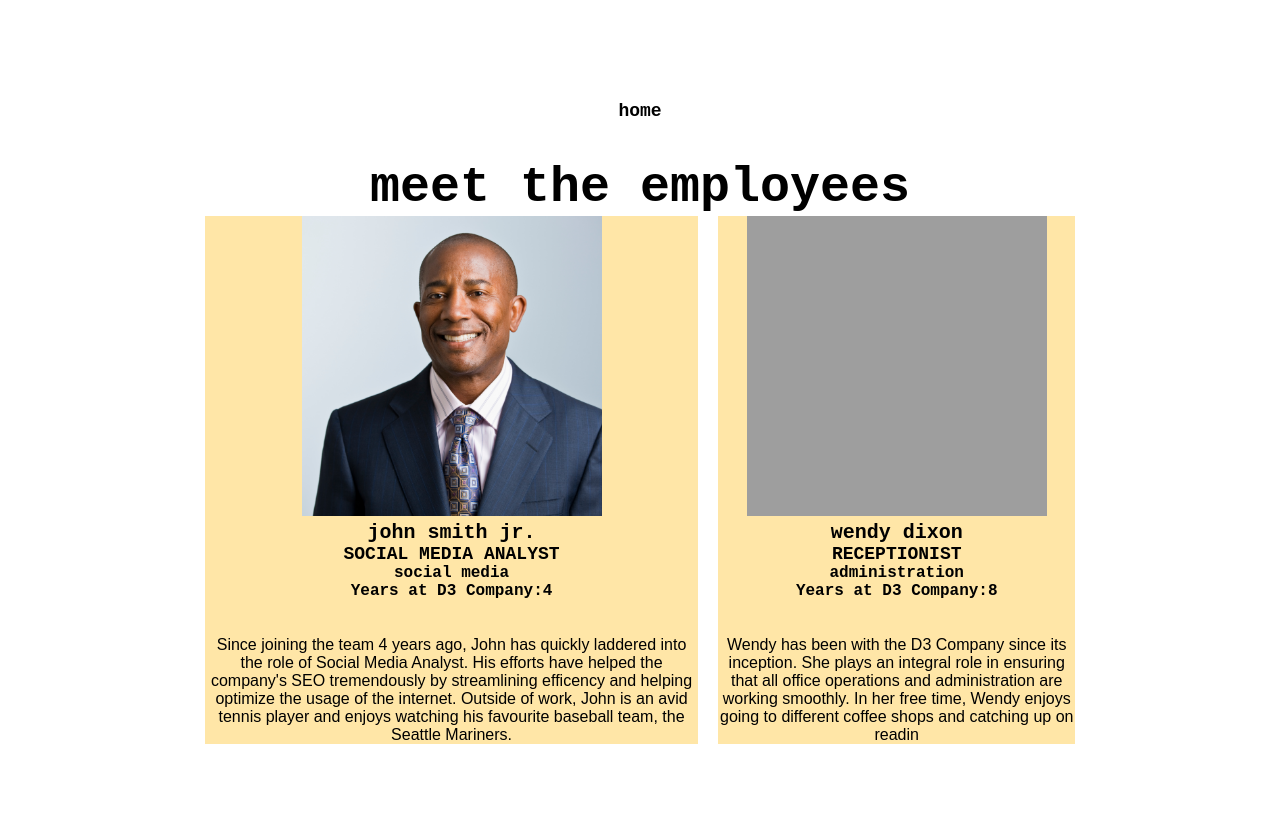
Repository: cheungglenda/MDIA2109-Week3
Page: /about
The author's editor kept a copy of each file at every save. The page is drawn from the files as they stood at one save, then again after the next save.
The browser window is 1280 px wide. The pictures show the whole page.
Pictures or frames that could not be fetched are drawn as grey boxes. The project was rebuilt for these pictures with package versions that can differ from the ones it lists, and the page was loaded fresh each time. The framework's server and built-in components were replaced by stand-ins that run in the browser. Also part of the build but not shown: next.config.js.

Above is the page before, as saved 2023-01-20 12:37:34.

### pages/about.js
import Head from 'next/head'
import { Inter } from '@next/font/google'
import styles from '@/styles/Home.module.css'
import aboutData from '../data/about.json'
import { useState } from 'react'
import EmployeeCard  from '../components/EmployeeCard'
import Link from 'next/link'

export default function About() {

    const [aboutEmployees, setAboutEmployees] = useState([...aboutData])
    console.log(aboutData)
    return (
   <>
      <Head>
        <title>About Page</title>
        <meta name="description" content="Meet the Employees" />
        <meta name="viewport" content="width=device-width, initial-scale=1" />
        <link rel="icon" href="/favicon.ico" />
      </Head>
      <main className={styles.main}>
      <Link href="/" className={styles.links}>Home</Link>

      <div className={styles.meetTitle}>Meet the Employees</div>

        <div className={styles.grid}>
          <div className={styles.employees}>
          {aboutEmployees && aboutEmployees.map((info, index) => {
            if(info.firstName.toLowerCase() === "chrysanthemum") {
            return (
              <EmployeeCard
              key={index}
              firstname={info.firstName}
              lastname={info.lastName}
              jobtitle={info.jobTitle}
              department={info.department}
              yearsworked={info.yearsWorked}
              description={info.description}
              color="#FFE6A7" font="16px"/>
            )
          }
          })}

          {aboutEmployees && aboutEmployees.map((info, index) => {
            if(info.firstName.toLowerCase() === "john") {
            return (
              <EmployeeCard
              key={index}
              firstname={info.firstName}
              lastname={info.lastName}
              jobtitle={info.jobTitle}
              department={info.department}
              yearsworked={info.yearsWorked}
              description={info.description}
              color="#FFE6A7" font="16px"/>
            )
          }
          })}

          {aboutEmployees && aboutEmployees.map((info, index) => {
            if(info.firstName.toLowerCase() === "wendy") {
            return (
              <EmployeeCard
              key={index}
              firstname={info.firstName}
              lastname={info.lastName}
              jobtitle={info.jobTitle}
              department={info.department}
              yearsworked={info.yearsWorked}
              description={info.description}
              color="#FFE6A7" font="16px"/>
            )
          }
          })}
          </div>
        </div>
      </main>
    </>
  )
}

### styles/Home.module.css
.main {
  display: flex;
  flex-direction: column;
  justify-content: space-between;
  align-items: center;
  padding: 6rem;
  font-family:arial;
  min-height: 100vh;
  background-color: rgb(255, 255, 255);
}

.links {
  display: flex;
  padding-top:5px;
  margin-bottom:3%;
  justify-content: center;
  align-items: center;
  font-size: 18px;
  max-width: var(--max-width);
  width: 100%;
  font-weight:900;
  font-family: 'Courier New', Courier, monospace;
  text-transform:lowercase;
  padding-bottom:5px;
}

.description {
  display: inherit;
  justify-content: inherit;
  align-items: inherit;
  font-size: 15px;
  max-width: var(--max-width);
  width: 100%;
  font-family: var(--font-mono);
}

.description a {
  display: flex;
  justify-content: center;
  align-items: center;
  gap: 0.5rem;
}

.description p {
  position: relative;
  margin: 0;
  padding: 1rem;
  background-color: rgba(var(--callout-rgb), 0.5);
  border: 1px solid rgba(var(--callout-border-rgb), 0.3);
  border-radius: var(--border-radius);
}

.code {
  font-weight: 700;
  font-family: var(--font-mono);
}

.meetTitle {
  font-size: 50px;
  font-weight:700;
  text-transform:lowercase;
  font-family:'Courier New', Courier, monospace;
  text-align:center;
}

.grid {
  display: flex;
  justify-content:center;
  width: var(--max-width);
  max-width: 100%;
  align-items:center;
  flex: 1;
}

.card {
  padding: 1rem 1.2rem;
  border-radius: var(--border-radius);
  background: rgba(var(--card-rgb), 0);
  border: 1px solid rgba(var(--card-border-rgb), 0);
  transition: background 200ms, border 200ms;
}

.card span {
  display: inline-block;
  transition: transform 200ms;
}

.info {
  font-family:Arial, Helvetica, sans-serif;
}

.card h2 {
  font-weight: 600;
  margin-bottom: 0.7rem;
}

.card p {
  margin: 0;
  opacity: 0.6;
  font-size: 0.9rem;
  line-height: 1.5;
  max-width: 30ch;
}


.employees {
  display:flex;
  gap:20px;
  width: 80%;
  text-align:center;
  font-family:'Courier New', Courier, monospace;
}

.center {
  display: flex;
  justify-content: center;
  align-items: center;
  position: relative;
  padding: 4rem 0;
}

.center::before {
  background: var(--secondary-glow);
  border-radius: 50%;
  width: 480px;
  height: 360px;
  margin-left: -400px;
}

.center::after {
  background: var(--primary-glow);
  width: 240px;
  height: 180px;
  z-index: -1;
}

.center::before,
.center::after {
  content: '';
  left: 50%;
  position: absolute;
  filter: blur(45px);
  transform: translateZ(0);
}

.logo,
.thirteen {
  position: relative;
}

.thirteen {
  display: flex;
  justify-content: center;
  align-items: center;
  width: 75px;
  height: 75px;
  padding: 25px 10px;
  margin-left: 16px;
  transform: translateZ(0);
  border-radius: var(--border-radius);
  overflow: hidden;
  box-shadow: 0px 2px 8px -1px #0000001a;
}

.thirteen::before,
.thirteen::after {
  content: '';
  position: absolute;
  z-index: -1;
}

/* Conic Gradient Animation */
.thirteen::before {
  animation: 6s rotate linear infinite;
  width: 200%;
  height: 200%;
  background: var(--tile-border);
}

/* Inner Square */
.thirteen::after {
  inset: 0;
  padding: 1px;
  border-radius: var(--border-radius);
  background: linear-gradient(
    to bottom right,
    rgba(var(--tile-start-rgb), 1),
    rgba(var(--tile-end-rgb), 1)
  );
  background-clip: content-box;
}

/* Enable hover only on non-touch devices */
@media (hover: hover) and (pointer: fine) {
  .card:hover {
    background: rgba(var(--card-rgb), 0.1);
    border: 1px solid rgba(var(--card-border-rgb), 0.15);
  }

  .card:hover span {
    transform: translateX(4px);
  }
}

@media (prefers-reduced-motion) {
  .thirteen::before {
    animation: none;
  }

  .card:hover span {
    transform: none;
  }
}

/* Mobile */
@media (max-width: 700px) {
  .content {
    padding: 4rem;
  }

  .grid {
    grid-template-columns: 1fr;
    margin-bottom: 120px;
    max-width: 320px;
    text-align: center;
  }

  .card {
    padding: 1rem 2.5rem;
  }

  .card h2 {
    margin-bottom: 0.5rem;
  }

  .center {
    padding: 8rem 0 6rem;
  }

  .center::before {
    transform: none;
    height: 300px;
  }

  .description {
    font-size: 0.8rem;
  }

  .description a {
    padding: 1rem;
  }

  .description p,
  .description div {
    display: flex;
    justify-content: center;
    position: fixed;
    width: 100%;
  }

  .description p {
    align-items: center;
    inset: 0 0 auto;
    padding: 2rem 1rem 1.4rem;
    border-radius: 0;
    border: none;
    border-bottom: 1px solid rgba(var(--callout-border-rgb), 0.25);
    background: linear-gradient(
      to bottom,
      rgba(var(--background-start-rgb), 1),
      rgba(var(--callout-rgb), 0.5)
    );
    background-clip: padding-box;
    backdrop-filter: blur(24px);
  }

  .description div {
    align-items: flex-end;
    pointer-events: none;
    inset: auto 0 0;
    padding: 2rem;
    height: 200px;
    background: linear-gradient(
      to bottom,
      transparent 0%,
      rgb(var(--background-end-rgb)) 40%
    );
    z-index: 1;
  }
}

/* Tablet and Smaller Desktop */
@media (min-width: 701px) and (max-width: 1120px) {
  .grid {
    grid-template-columns: repeat(2, 50%);
  }
}

@media (prefers-color-scheme: dark) {
  .vercelLogo {
    filter: invert(1);
  }

  .logo,
  .thirteen img {
    filter: invert(1) drop-shadow(0 0 0.3rem #ffffff70);
  }
}

@keyframes rotate {
  from {
    transform: rotate(360deg);
  }
  to {
    transform: rotate(0deg);
  }
}

### data/about.json
[
    {
        "firstName": "Jane",
        "lastName": "Henderson-Rodriguez",
        "department": "Social Media",
        "jobTitle": "Social Media Coordinator",
        "yearsWorked": 3,
        "description": "Jane has been working as a Social Media Coordinator at D3 Company for 3 years now. She quickly became an integral part of the team. In her free time, Jane enjoys trying out new brunch spots and going for walks with her dog, Pug."
    },
    {
        "firstName": "John",
        "lastName": "Smith jr.",
        "department": "Social Media",
        "jobTitle": "Social Media Analyst",
        "yearsWorked": 4,
        "description": "Since joining the team 4 years ago, John has quickly laddered into the role of Social Media Analyst. His efforts have helped the company's SEO tremendously by streamlining efficency and helping optimize the usage of the internet. Outside of work, John is an avid tennis player and enjoys watching his favourite baseball team, the Seattle Mariners."

    },
    {
        "firstName": "Wendy",
        "lastName": "Dixon",
        "department": "Administration",
        "jobTitle": "Receptionist",
        "yearsWorked": 8,
        "description": "Wendy has been with the D3 Company since its inception. She plays an integral role in ensuring that all office operations and administration are working smoothly. In her free time, Wendy enjoys going to different coffee shops and catching up on readin"

    }
]

### components/EmployeeCard/index.js
export default function EmployeeCard({
    firstname = "none",
    lastname = "none",
    department = "none",
    jobtitle = "none",
    yearsworked = 0,
    description = "none",
    color = "pink",
    font = "O",
    image = "icon/personTwo.png"
}) {
    return (
        <div style={{backgroundColor: color, fontSize: 16}}>
            {
                firstname === "Jane" ? <img style={{objectFit: "cover"}} src={'headshots/photo3.jpeg'} width="300" height="300"/> :
                firstname === "John" ? <img style={{objectFit: "cover"}} src={'headshots/photo1.jpeg'} width="300" height="300"/> :
                firstname === "Wendy" ? <img style={{objectFit: "cover"}} src={'headshots/photo2.jpeg'} width="300" height="300"/> :
                <img src={image} width="300"/>
            }

            <h1 style={{textTransform: "lowercase", fontSize: 20}}>{firstname} {lastname}</h1>
            <h1 style={{textTransform: "lowercase", fontSize: 20}}></h1>
            <h2 style={{fontFamily:"'Courier New', Courier, monospace", textTransform: "uppercase", fontSize: 18}}>{jobtitle}</h2>
            <h3 style={{fontFamily:"'Courier New', Courier, monospace", textTransform: "lowercase", fontSize: 16, fontweight:500}}>{department}</h3>
            <h4 style={{}}>Years at D3 Company:{yearsworked}</h4><br></br><br></br>
            <p style={{fontFamily: "Arial, Helvetica, sans-serif"}}>{description}</p>
        </div>
    )
}

Loaded but not shown: pages/_app.js (common file); pages/_document.js (common file); pages/api/hello.js (common file); styles/globals.css (common file)

After the next save:
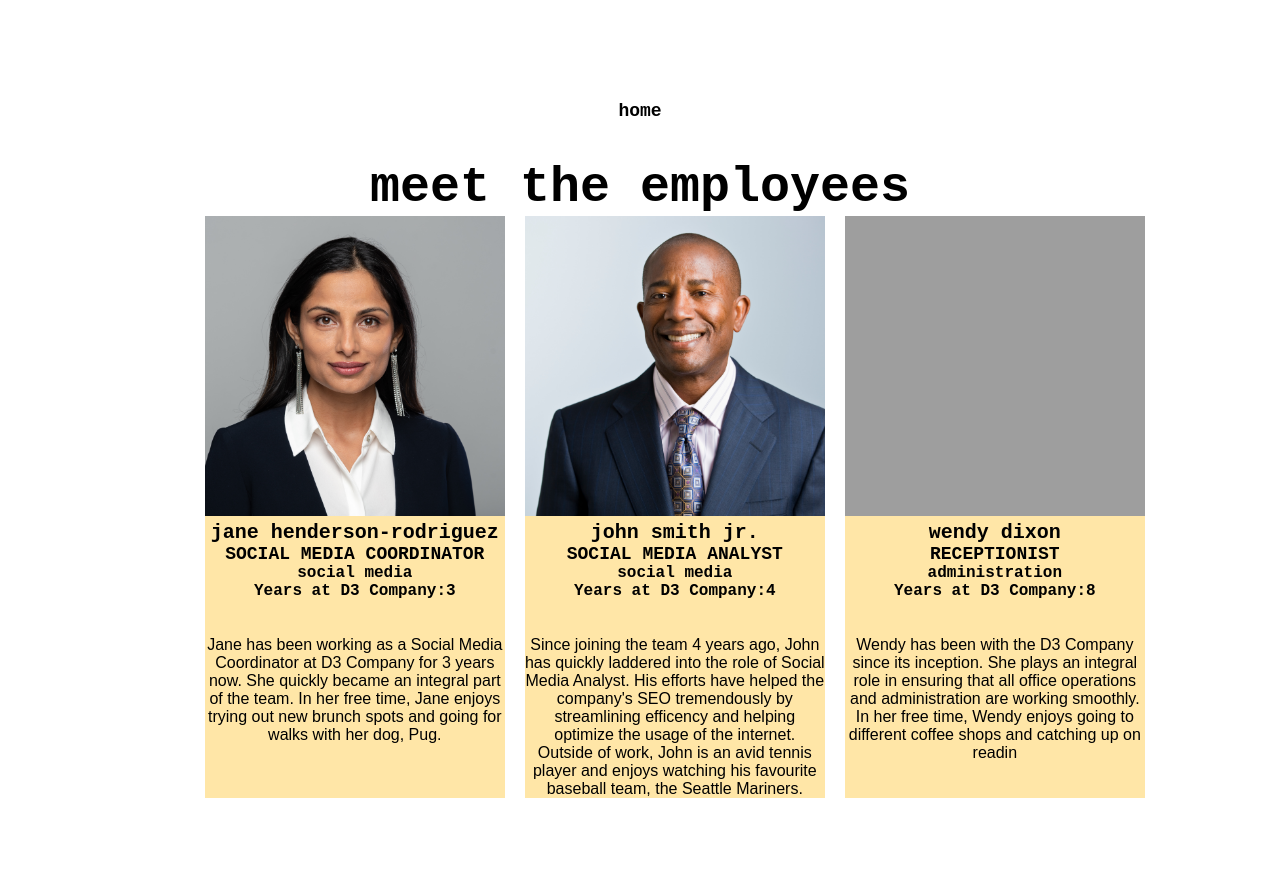
Saved 7 s later.
--- a/pages/about.js
+++ b/pages/about.js
@@ -26,7 +26,7 @@ export default function About() {
         <div className={styles.grid}>
           <div className={styles.employees}>
           {aboutEmployees && aboutEmployees.map((info, index) => {
-            if(info.firstName.toLowerCase() === "chrysanthemum") {
+            if(info.firstName.toLowerCase() === "jane") {
             return (
               <EmployeeCard
               key={index}
